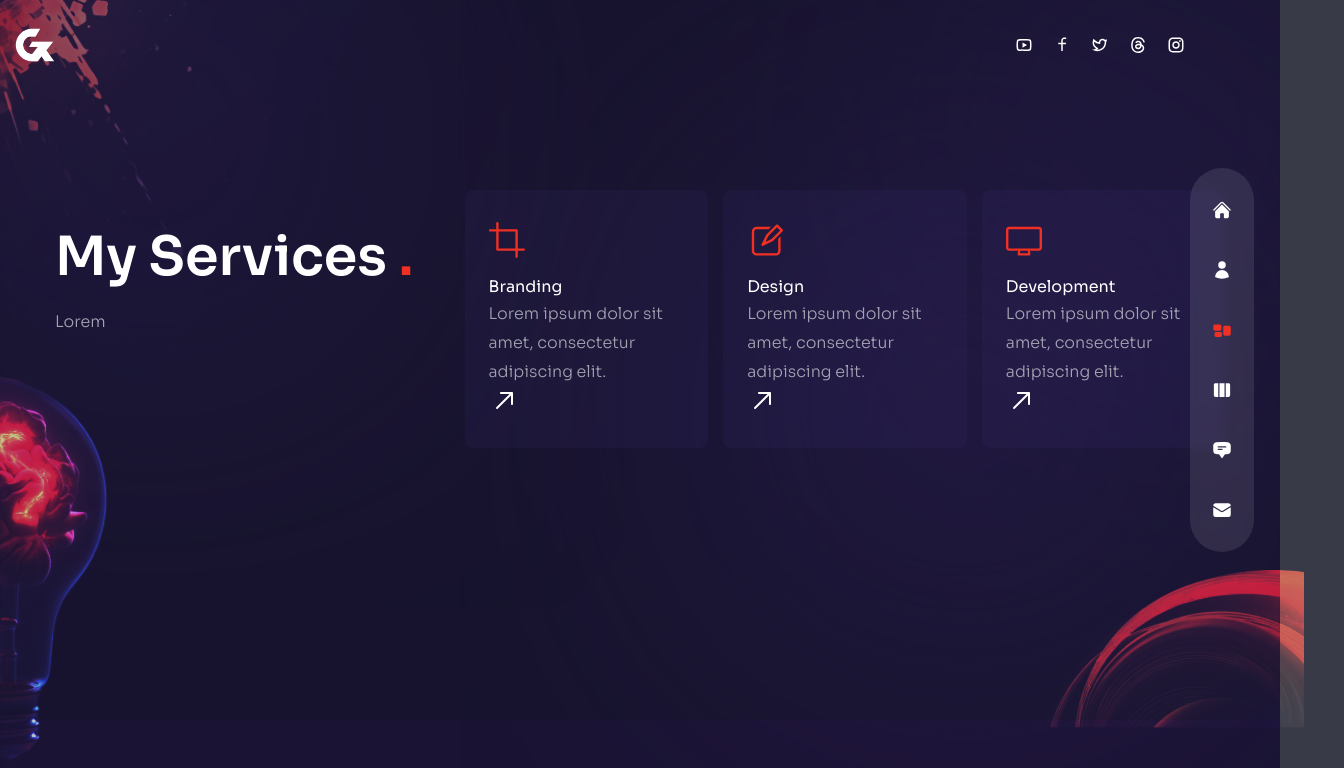
Repository: zecht12/Portofolio-without-db
Page: /services
These files come from the project's save history. The page is drawn as it stood at one moment and after a run of saves; the edit follows.
The browser window is 1280 px wide. The page is 1344 px wide, so the pictures cover 1344 px, including what lies to the right of the window. The pictures show the whole page.
The project was rebuilt for these pictures with package versions that can differ from the ones it lists, and the page was loaded fresh each time. The framework's server and built-in components were replaced by stand-ins that run in the browser. Also part of the build but not shown: next.config.js.

Above is the page before, as saved 2023-10-08 15:17:51.

### app/layout.js
'use client'

import './globals.css'
import {Sora} from '@next/font/google'
import Nav from '@/components/Nav'
import Header from '@/components/Header'
import TopLeftImg from '@/components/TopLeftImg'
import { useRouter } from 'next/navigation'
import Transition from '@/components/Transition'
import { AnimatePresence, motion } from 'framer-motion'

const sora = Sora({
  subsets:['latin'],
  variable:'--font-sora',
  weight:['100','200','300','400','500','600','700','800']
})

export default function RootLayout({ children }) {
  const router = useRouter();
  return (
    <html lang="en">
      <head>
        <title>Zecht Porto</title>
      </head>
      <body className={`page bg-site text-white bg-cover bg-no-repeat  ${sora.variable} font-sora relative `}>
        <AnimatePresence>
          <motion.div className='h-full' key={router.route}>
            <TopLeftImg/>
            <Nav/>
            <Header/>
            <Transition/>
            {children}
          </motion.div>
        </AnimatePresence>
      </body>
    </html>
  )
}

### app/services/page.js
'use client'

import React from 'react'
import ServiceSlider from '@/components/ServiceSlider'
import Bulb from '@/components/Bulb'
import { Motion } from 'framer-motion'
import { fadeIn } from '@/variants'
import { RxCrop, RxDesktop, RxPencil2, RxReader, RxRocket } from 'react-icons/rx'
import Circles from '@/components/Circles'

const serviceData = [
  {
    icon: <RxCrop />,
    title: 'Branding',
    description: 'Lorem ipsum dolor sit amet, consectetur adipiscing elit.',
  },
  {
    icon: <RxPencil2 />,
    title: 'Design',
    description: 'Lorem ipsum dolor sit amet, consectetur adipiscing elit.',
  },
  {
    icon: <RxDesktop />,
    title: 'Development',
    description: 'Lorem ipsum dolor sit amet, consectetur adipiscing elit.',
  },
  {
    icon: <RxReader />,
    title: 'Copywriting',
    description: 'Lorem ipsum dolor sit amet, consectetur adipiscing elit.',
  },
  {
    icon: <RxRocket />,
    title: 'SEO',
    description: 'Lorem ipsum dolor sit amet, consectetur adipiscing elit.',
  },
];

export default function Page() {
  return (
    <div className='h-full bg-primary/30 py-36 flex items-center'>
      <Circles/>
      <div className='container mx-auto'>
        <div className='flex flex-col xl:flex-row gap-x-8'>
          <div className='text-center flex xl:w-[30vw] flex-col lg:text-left mb-4 xl:mb-0 '>
            <h2 className='h2 xl:mt-8'>
              My Services <span className='text-accent'>.</span>
            </h2>
            <p className='mb-4 max-w-[400px] mx-auto lg:mx-0 '>Lorem</p>
          </div>
          <div className='w-full xl:max-w-[65%] '>
            <ServiceSlider/>
          </div>
        </div>
      </div>
      <Bulb/>
    </div>
  )
}

### app/globals.css
@tailwind base;
@tailwind components;
@tailwind utilities;

.translate-z-0 {
  transform: translateZ(0px);
}
.swiper-horizontal > .swiper-pagination-bullets .swiper-pagination-bullet,
.swiper-pagination-horizontal.swiper-pagination-bullets
  .swiper-pagination-bullet {
  background-color: #f13024;
}

.swiper-button-next:after,
.swiper-button-prev:after,
.swiper-button-next:after,
.swiper-rtl .swiper-button-prev:after {
  color: #f13024;
}

@layer base {
  body {
    @apply bg-secondary overflow-hidden leading-relaxed;
  }
  .page {
    @apply w-full h-screen overflow-hidden;
  }
  .h1 {
    @apply text-[35px] leading-tight md:text-[60px] md:leading-[1.3] mb-8 font-semibold;
  }
  .h2 {
    @apply text-[35px] leading-tight md:text-[54px] md:leading-[1.3] mb-4 font-semibold;
  }
  p {
    @apply leading-[1.8] text-white/60 font-light;
  }
  .btn,
  .input {
    @apply h-[52px];
  }
  .input {
    @apply w-full h-[52px] rounded-lg pl-6 capitalize;
  }
  .input,
  .textarea {
    @apply bg-transparent outline-none focus:ring-1 focus:ring-accent border border-white/20 placeholder:text-white/30 placeholder:font-light;
  }
  .textarea {
    @apply w-full h-[180px] p-6 capitalize rounded-lg resize-none;
  }
}

### components/Nav.js
'use client'
import Link from 'next/link';
import { useRouter } from 'next/navigation';
import {
  HiHome,
  HiUser,
  HiViewColumns,
  HiRectangleGroup,
  HiChatBubbleBottomCenterText,
  HiEnvelope,
} from 'react-icons/hi2';

// nav data
export const navData = [
  { name: 'home', path: '/', icon: <HiHome /> },
  { name: 'about', path: '/about', icon: <HiUser /> },
  { name: 'services', path: '/services', icon: <HiRectangleGroup /> },
  { name: 'work', path: '/work', icon: <HiViewColumns /> },
  {
    name: 'testimonials',
    path: '/testimonials',
    icon: <HiChatBubbleBottomCenterText />,
  },
  {
    name: 'contact',
    path: '/contact',
    icon: <HiEnvelope />,
  },
];

const Nav = () => {
  const router = useRouter();
  const pathname = router.pathname;

  return(
    <nav className='flex flex-col items-center xl:justify-center gap-y-4 fixed h-max bottom-0 mt-auto xl:right-[2%] z-50 w-screen xl:w-16 top-0 xl:max-w-md xl:h-screen'>
      <div className='flex w-full xl:flex-col items-center justify-between xl:justify-center gap-y-10 px-4 md:px-40 xl:px-0 h-[80px] bg-white/10 xl:h-max py-8 backdrop-blur-sm text-3xl xl:text-xl xl:rounded-full'>
        {navData.map((link, index)=> {
          return(
              <a className={`${link.path === pathname && 'text-accent'} relative flex items-center hover:text-accent group transition-all duration-300 dela`} href={link.path} key={index} >
                <div className='absolute pr-14 right-0 hidden xl:group-hover:flex'>
                  <div className='bg-white relative flex text-primary items-center p-[6px] rounded-[3px] '>
                    <div className='text-[12px] leading-none font-semibold capitalize '>
                      {link.name}
                    </div>
                    <div className='border-solid border-l-white border-l-8 border-y-transparent border-y-[6px] border-r-0 absolute -right-2 '></div>
                  </div>
                </div>
                <div>
                  {link.icon}
                </div>
              </a>
          )
        })}
      </div>
    </nav>
  )
};

export default Nav;

### components/Header.js
import Image from "next/image"
import Link from "next/link"
import Socials from "./Socials";

const Header = () => {
  return(
    <header className="absolute z-30 w-full flex items-center px-15 xl:px-0 xl:h-[90px] ">
      <div className="container mx-0">
        <div className="flex flex-col lg:flex-row justify-between items-center gap-y-6 py-8">
          <Link href='/'>
            <Image src={'/logo-GR.png'} width={40} height={40} alt="logo" priority={true} className="w-[40px] h-[40px] hover:scale-110 " />
          </Link>
          <Socials/>
        </div>
      </div>
    </header>
  )
};

export default Header;

### components/TopLeftImg.js
import Image from "next/image";

const TopLeftImg = () => {
  return(
    <div className="absolute left-0 top-0 mix-blend-color-dodge z-10 w-[200px] xl:w-[400px] opacity-50 ">
      <Image src="/top-left-img.png" alt="TopLeftImg" width={400} height={400} />
    </div>
  )
};

export default TopLeftImg;

### components/Transition.js
'use client'

import { motion } from 'framer-motion'

const transitionVariants = {
  initial: {
    x:"100%",
    width:"100%"
  },
  animate: {
    x:"0%",
    width:"0%"
  },
  exit: {
    x: ['0%','100%'],
    width: ['0%','100%']
  },
}

const Transition = () => {
  return (
    <>
      <motion.div variants={transitionVariants} initial="initial" animate="animate" exit="exit" transition={{delay:0.2, duration:0.6, ease:'easeInOut'}} className='fixed top-0 bottom-0 right-full w-screen h-screen z-30 bg-[#2e2257] '></motion.div>
      <motion.div variants={transitionVariants} initial="initial" animate="animate" exit="exit" transition={{delay:0.4, duration:0.6, ease:'easeInOut'}} className='fixed top-0 bottom-0 right-full w-screen h-screen z-20 bg-[#3b2d71] '></motion.div>
      <motion.div variants={transitionVariants} initial="initial" animate="animate" exit="exit" transition={{delay:0.6, duration:0.6, ease:'easeInOut'}} className='fixed top-0 bottom-0 right-full w-screen h-screen z-10 bg-[#4b3792] '></motion.div>
    </>
  );
};

export default Transition;

### components/ServiceSlider.js
import { RxArrowTopRight, RxCrop, RxDesktop, RxPencil2, RxReader, RxRocket } from 'react-icons/rx'
import { Swiper, SwiperSlide} from "swiper/react";
import 'swiper/css'
import 'swiper/css/free-mode'
import 'swiper/css/pagination'
import { Pagination, FreeMode } from 'swiper/modules';
import { motion } from "framer-motion";
import { fadeIn } from "@/variants";
import React from 'react';

const serviceData = [
  {
    icon: <RxCrop />,
    title: 'Branding',
    description: 'Lorem ipsum dolor sit amet, consectetur adipiscing elit.',
  },
  {
    icon: <RxPencil2 />,
    title: 'Design',
    description: 'Lorem ipsum dolor sit amet, consectetur adipiscing elit.',
  },
  {
    icon: <RxDesktop />,
    title: 'Development',
    description: 'Lorem ipsum dolor sit amet, consectetur adipiscing elit.',
  },
  {
    icon: <RxReader />,
    title: 'Copywriting',
    description: 'Lorem ipsum dolor sit amet, consectetur adipiscing elit.',
  },
];

const ServiceSlider = () => {
  const navigationPrevRef = React.useRef(null)
  const navigationNextRef = React.useRef(null)
  return(
    <Swiper
    navigation={{
        prevEl: navigationPrevRef.current,
        nextEl: navigationNextRef.current,
    }}
    onBeforeInit={(swiper) => {
        swiper.params.navigation.prevEl = navigationPrevRef.current;
        swiper.params.navigation.nextEl = navigationNextRef.current;
    }}
    pagination={{ clickable: true }}
    freeMode={true}
    breakpoints={{
      320: {
        slidesPerView: 1,
        spaceBetween: 15
      },
      640:{
        slidesPerView: 3,
        spaceBetween: 15
      },
      1280:{
        slidesPerView: 3,
        spaceBetween: 15
      }
    }}
    className='h-[240px] sm:h-[340px] '>
      {serviceData.map((item,index) => {
        return(
          <SwiperSlide key={index}>
            <div className='bg-[rgba(65,47,123,0.15)] h-max rounded-lg px-6 py-8 flex sm:flex-col gap-x-6 sm:gap-x-0 group cursor-pointer hover:bg-[rgba(89,65,165,0.15)] transition-all duration-300 '>
              <div className='text-4xl text-accent mb-4'>
                {item.icon}
              </div>
              <div>
                <div>
                  {item.title}
                </div>
                <p>
                  {item.description}
                </p>
              </div>
              <div className='text-3xl'>
                <RxArrowTopRight/>
              </div>
            </div>
          </SwiperSlide>
        )
      })}
    </Swiper>
  )
};

export default ServiceSlider;

### components/Bulb.js
'use client'

import Image from "next/image";

const Bulb = () => {
  return(
    <div className="absolute -left-36 -bottom-12 mix-blend-color-dodge animate-pulse duration-75 w-[200px] z-20 xl:w-[260px] ">
      <Image src="/bulb.png" alt="bulb" width={260} height={200} className="w-full h-full" />
    </div>
  )
};

export default Bulb;

### components/Circles.js
'use client'

import Image from "next/image";

const Circles = () => {
  return (
    <div className="w-[200px] xl:w-[300px] absolute md:-right-16 -right-0 -bottom-2 mix-blend-color-dodge animate-pulse duration-75 z-10 ">
      <Image src={'/circles.png'} width={260} height={200} className="w-gull h-full" alt="circle" />
    </div>
  )
};

export default Circles;

### components/Socials.js
import Link from "next/link";
import { RiYoutubeLine, RiInstagramLine, RiFacebookLine, RiDribbbleLine, RiBehanceLine, RiThreadsLine, RiTwitterLine } from 'react-icons/ri'

const Socials = () => {
  return(
    <div className="flex items-center gap-x-5 text-lg">
      <Link href="/" className="hover:text-accent transition-all duration-300">
        <RiYoutubeLine />
      </Link>
      <Link href="/" className="hover:text-accent transition-all duration-300">
        <RiFacebookLine />
      </Link>
      <Link href="/" className="hover:text-accent transition-all duration-300">
        <RiTwitterLine />
      </Link>
      <Link href="/" className="hover:text-accent transition-all duration-300">
        <RiThreadsLine />
      </Link>
      <Link href="/" className="hover:text-accent transition-all duration-300">
        <RiInstagramLine />
      </Link>
    </div>
  )
};

export default Socials;

Loaded but not shown: variants.js (common file); tailwind.config.js (common file)

After the next 2 saves:
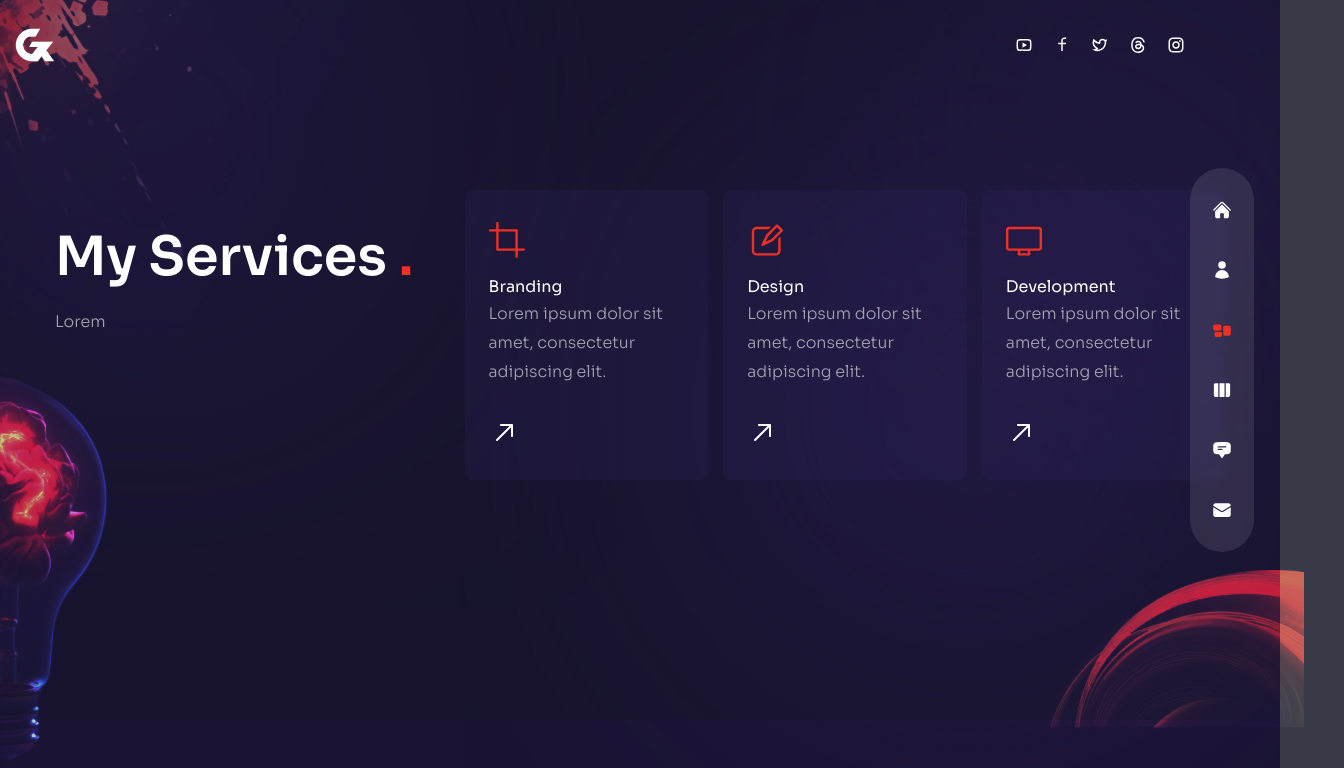
The 2 saves are shown as one change because they came seconds apart.
The last was saved 19 min 22 s later.
--- a/components/ServiceSlider.js
+++ b/components/ServiceSlider.js
@@ -68,7 +68,7 @@ const ServiceSlider = () => {
               <div className='text-4xl text-accent mb-4'>
                 {item.icon}
               </div>
-              <div>
+              <div className='mb-8'>
                 <div>
                   {item.title}
                 </div>
